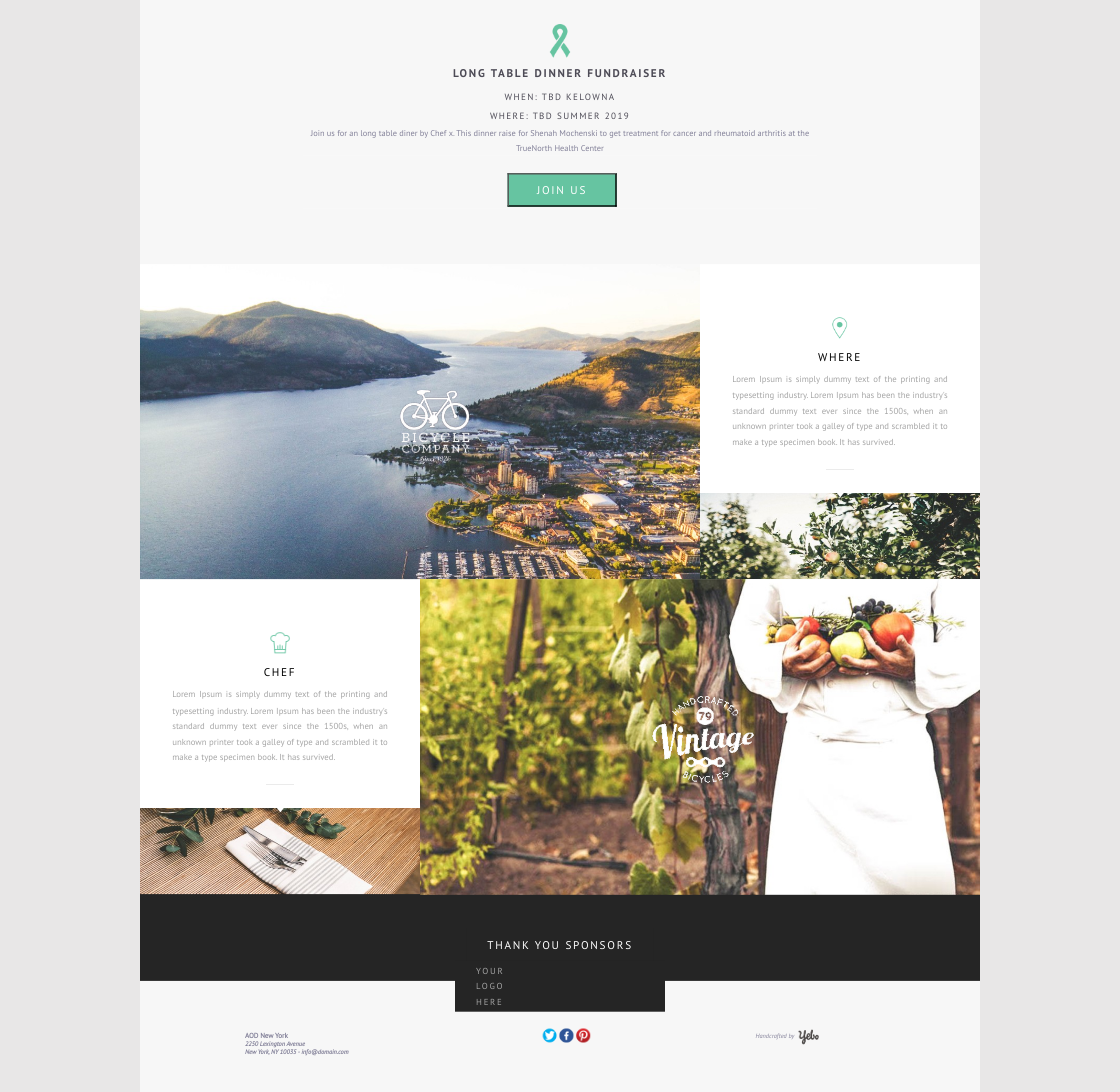
Repository: vancodes/longtable
Page: index.html
An editor plug-in stored every save of this project. The page is shown before and after the next save, followed by the edit.
The browser window is 1280 px wide. The page is 1600 px wide, so the pictures cover 1600 px, including what lies to the right of the window. The pictures show the part of the page from y = 796 to 2356 px (the page is 2356 px tall), at 70% of full size.

Above is the page before, as saved 2019-04-08 15:56:51.

### index.html
<!DOCTYPE html>
<html>

<head>
  <meta charset="utf-8">
  <link href="index.css" type="text/css" rel="stylesheet">
  <title>Long table</title>
</head>

<body>
  <div class="wrapper">
    <!--Intro Section-->
    <div class="topbar">
      <h1>
      <ul>
        <li><a href="#">About Us</a></li>
    	   <p>.</p>
        <li><a href="#">Info</a></li>
        <li><a href="#"><img src="assets\logo.png" alt="logo"></a></li>
        <li><a href="https://www.gofundme.com/breast-lung-and-melanoma-cancer">Donate</a></li>
    	   <p>.</p>
        <li><a href="#">Contact</a></li>
      </ul>
    </h1>
    </div>
    <div class="hero">
      <img src="assets/cover.jpg" alt="">
    </div>
    <!--Navigation Section-->
    <div class="main" align="center">
      <div class="first">
        <img src="assets\breast-cancer-icon.png" alt="bike chain">
        <h2>Long table dinner fundraiser</h2>
        <h4>When: TBD Kelowna</h4>
        <h4>Where: TBD Summer 2019</h4>
        <p>Join us for an long table diner by Chef x. This dinner raise for Shenah Mochenski to get treatment for cancer and rheumatoid arthritis at the TrueNorth Health Center</p>
        <div class="email-container">
            <button>Join us</button>
          </div>
      </div>
      <!--Image Section-->
      <div class="bike-images">
        <div class="first-container">
          <div class="first-left">
            <div id="bike-logo">
              <img src="assets/bike.png" alt="bike logo">
            </div>
            <div id="logo">
              <img src="assets/bicycle-company-logo.png" alt="company logo">
            </div>
            <div id="vintage-left">
              <img src="assets\bike-1.jpg" alt="bike handle">
            </div>
          </div>
          <div class="first-right">
            <div class="location">
              <img src="assets\location-icon.png" alt="frame icon">
            </div>
            <div id="vintage-text">
              <h3>WHERE</h3>
              <p>Lorem Ipsum is simply dummy text of the printing and typesetting industry. Lorem Ipsum has been the industry's standard dummy text ever since the 1500s, when an unknown printer took a galley of type and scrambled it to make a type specimen
                book. It has survived.</p>
            </div>
            <div class="divider-line"></div>
            <div id="first-vintage-seat">
              <img img src="assets\seat.jpg" alt="bike seat">
            </div>
            <div class="arrow-down"></div>
          </div>
        </div>
        <div class="second-container">
          <div class="second-left">
            <div class="chef">
              <img src="assets\chef-icon.png" alt="chef icon">
            </div>
            <div id="vintage-text">
              <h3>CHEF</h3>
              <p>Lorem Ipsum is simply dummy text of the printing and typesetting industry. Lorem Ipsum has been the industry's standard dummy text ever since the 1500s, when an unknown printer took a galley of type and scrambled it to make a type specimen
                book. It has survived.</p>
            </div>
            <div class="divider-line"></div>
            <div id="second-chef">
              <img src="assets\chef-2.jpg" alt="vintage bike seat">
            </div>
            <div class="arrow-down"></div>
          </div>
          <div class="second-right">
            <div id="vintage-logo">
              <img src="assets\vintage-logo.png" alt="vintage bike logo">
            </div>
            <div id="chef">
              <img src="assets\chef.jpg" alt="chef">
            </div>
          </div>
        </div>
        <!--<div class="retro-container">
          <div class="retro-left">
            <div id="retro-logo">
              <img src="assets/bicycle-logo.png" alt="Since 1962 logo">
            </div>
            <div id="retro-bike">
              <img src="assets\bike-rail.jpg" alt="bike rail">
            </div>
          </div>
          <div class="retro-middle">
            <div class="steering">
              <img src="assets\steering-icon.png" alt="steering icon">
            </div>
            <div id="vintage-text">
              <h3>Retro Bike - M. Hulot</h3>
              <p>Lorem Ipsum is simply dummy text of the printing and typesetting industry. Lorem Ipsum has been the industry's standard dummy text ever since the 1500s, when an unknown printer took a galley of type and scrambled it to make a type specimen
                book. It has survived.</p>
            </div>
            <div class="divider-line"></div>
            <div class="arrow-down"></div>
            <div id="retro-rail">
              <img src="assets\mavic.jpg" alt="vintage bike seat">
            </div>
          </div>
          <div class="retro-right">
            <div id="retro-bike-right">
              <img src="assets\bike-2.jpg" alt="retro bike">
            </div>
          </div>
        </div>
      </div>-->
      <!--Social Section-->
      <!--<div class="main" align="center">
        <div class="last">
          <img src="assets\twitter-icon.png" alt="Twitter icon"><br>
          <span>AOD New York @aod</span>
          <span class="twitter-time"> / 35 min</span >
            <p>Lorem ipsum dolor sit amet, consectetur adipiscing elit. Sed ut tellus ac nulla semper rhoncus. Nullam a odio porttitor, dictum turpis vitae, pretium ante amet.</p>
          </div>
      </div>-->
<!--slider-->
    <!--<div class="slider">
      <span class="dotfirst"></span>
          <span class="dot"></span>
          <span class="dot"></span>
        </div>-->
        <!--Photo Collage-->
        <!--
        <div class="bottom-container">
          <div class="bottom-left">
            <div id="image-one">
              <img src="assets\bottom-image-1.jpg" alt="">
            </div>
            <div id="image-one">
              <img src="assets\bottom-image-2.jpg" alt="">
            </div>
            <div id="brooks-seat">
              <img src="assets\brooks-seat.png" alt="">
            </div>
          </div>
          <div class="bottom-middle">
            <div id="image-three">
              <img src="assets\bottom-image-3.jpg" alt="">
            </div>
            <div id="image-three">
              <img src="assets\bottom-image-4.jpg" alt="">
            </div>
          </div>
          <div class="bottom-right">
            <div id="bottom-bike-logo">
              <img src="assets/bike.png" alt="bike logo">
            </div>
            <div class="bottom-text">
              <p>shop now</p>
            </div>
            <div id="image-five">
              <img src="assets\bottom-image-5.jpg" alt="">
            </div>
            <div id="image-five">
              <img src="assets\bottom-image-6.jpg" alt="">
            </div>
          </div>
        </div> -->
        <div class="discover-container">
          <div class="discover-text">
            <button>Thank You Sponsors</button>
          </div>
          <div class="sponsor-logo">
            <p>YOUR</p>
            <p>LOGO</p>
            <p>HERE</p>
          </div>
      </div>
        </div>
      </div>
      <div class="main" align="center">
        <div class="footer-container">
          <div class="footer-left">
            <span>AOD New York</span>
            <span class="footer-text">
      <p>2250 Lexington Avenue</p>
      <p>New York, NY 10035 - info@domain.com</p>
      </span >
      </div>
      <div class="footer-middle">
        <img src="assets\twitter.png" alt="twitter icon">
        <img src="assets\facebook.png" alt="facebook icon">
        <img src="assets\pinterest.png" alt="pinterest icon">
      </div>
      <div class="footer-right">
        <span class="footer-right-text">
          <p>Handcrafted by</p>
        </span>
            <img src="assets\yebo-logo.png" alt="yebo logo">
          </div>
        </div>
      </div>
      <!--end-->
    </div>
</body>
</html>

### index.css
/* http://meyerweb.com/eric/tools/css/reset/
   v2.0 | 20110126
   License: none (public domain)
*/

html, body, div, span, applet, object, iframe, h1, h2, h3, h4, h5, h6, p, blockquote, pre, a, abbr, acronym, address, big, cite, code, del, dfn, em, img, ins, kbd, q, s, samp, small, strike, strong, sub, sup, tt, var, b, u, i, center, dl, dt, dd, ol, ul, li, fieldset, form, label, legend, table, caption, tbody, tfoot, thead, tr, th, td, article, aside, canvas, details, embed, figure, figcaption, footer, header, hgroup, menu, nav, output, ruby, section, summary, time, mark, audio, video {
  margin: 0;
  padding: 0;
  border: 0;
  font-size: 100%;
  font: inherit;
  vertical-align: baseline;
}

/* HTML5 display-role reset for older browsers */

article, aside, details, figcaption, figure, footer, header, hgroup, menu, nav, section {
  display: block;
}

body {
  line-height: 1;
}

ol, ul {
  list-style: none;
}

blockquote, q {
  quotes: none;
}

blockquote:before, blockquote:after, q:before, q:after {
  content: '';
  content: none;
}

table {
  border-collapse: collapse;
  border-spacing: 0;
}

/*  fonts */

@font-face {
  font-family: PtSansWebBold;
  src: url(font/pt_sans-web-bold.ttf);
}

@font-face {
  font-family: PtSansWebBoldItalic;
  src: url(font/pt_sans-web-bolditalic.ttf);
}

@font-face {
  font-family: PtSansWebItalic;
  src: url(font/pt_sans-web-italic.ttf);
}

@font-face {
  font-family: PtSansWebRegular;
  src: url(font/pt_sans-web-regular.ttf);
}

body {
  font-family: PtSansWebRegular;
}

h1 {
  font-family: PtSansWebBold;
  font-size: 12px;
  text-transform: uppercase;
  letter-spacing: 2px;
}

h2 {
  font-family: PtSansWebBold;
  letter-spacing: 2.5px;
  text-transform: uppercase;
  text-align: center;
  line-height: 2.5em;
}

h3 {
  font-family: PtSansWebBold;
  letter-spacing: 2.5px;
  text-transform: uppercase;
  text-align: center;
  font-size: 12px;
  line-height: 2.5em;
}

h3 {
  font-family: PtSansWebRegular;
  letter-spacing: 2.5px;
  text-transform: uppercase;
  text-align: center;
  line-height: 2.5em;
  font-size: 16px;
}

h4 {
  font-family: PtSansWebRegular;
  font-size: 13px;
  text-transform: uppercase;
  letter-spacing: 2px;
  line-height: 2.1em;
}


p {
  font-family: PtSansWebRegular;
  font-size: 12px;
  color: #838199;
  text-align: center;
  line-height: 1.8em;
}

.bike-images p {
  font-family: PtSansWebRegular;
  font-size: 12.5px;
  color: #a5a5a5;
  text-align: justify;
  line-height: 1.8em;
}

.last span {
  font-family: PtSansWebBold;
  display: inline;
  font-size: 12px;
  text-align: center;
  line-height: 2.8em;
  letter-spacing: 1.5px;
}

.last .twitter-time {
  font-family: PtSansWebRegular;
  font-size: 12px;
  text-align: center;
  letter-spacing: 1.5px;
  color: #b2b1bd;
  padding-left: 6px;
}

.last p {
  font-family: PtSansWebItalic;
  font-size: 14px;
  color: #838199;
  text-align: center;
  line-height: 1.8em;
  padding: 0 55px;
}

.bottom-text p {
  font-family: PtSansWebRegular;
  letter-spacing: 2.5px;
  text-transform: uppercase;
  text-align: center;
  line-height: 2.5em;
  font-size: 12px;
  color: #fff;
}

.saddle-text p {
  font-family: PtSansWebItalic;
  font-size: 16px;
  text-align: center;
  letter-spacing: 0.5px;
  color: #838199;
  padding-left: 6px;
  margin-bottom: 20px;
}

/*  wrapper */

.wrapper {
  padding: 0 200px;
  width: 1200px;
  margin: 0 auto;
  background-color: #e8e7e7;
}

/* intro section */

.hero img {
  width: 100%;
}

.topbar {
  position: absolute;
  padding: 0px 317px;
  margin-top: 23px;
}

.topbar ul {
  width: 590px;
  margin: 0 auto;
}

.topbar li {
  display: inline-block;
  padding: 0 20px;
  float: left;
  position: relative;
  top: 52px;
  transform: translateY(-50%);
}

.topbar li a {
  text-decoration: none;
  color: #4D4B56;
}

.topbar li a img {
  width: 75px;
}

.hero img {
  vertical-align: bottom;
  width: 100%;
  padding-top: 150px;
  background-color: #F7F7F7
}

.topbar li a:hover {
  text-decoration: none;
  color: #ff000069;
}

.topbar p {
  padding: 0 20px;
  float: left;
  position: relative;
  top: 52px;
  transform: translateY(-50%);
  font-family: PtSansWebBold;
}

/* navigation section */

.main {
  background-color: #F7F7F7
}

.first {
  color: #4D4B56;
  padding: 80px 150px 80px 150px;
  max-width: 736px;
}

.first img {
  padding: 0px 46px;
}

/* bike images */

img {
  padding: 0;
  margin: 0;
}

.bike-images {
  background-color: #FFFF;
  position: relative;
}

.first-container {
  vertical-align: bottom;
  display: table;
}

.first-left {
  width: 800px;
  display: table-cell;
  vertical-align: bottom;
}

.first-right {
  display: table-cell;
  vertical-align: bottom;
  width: 400px;
}

#first-vintage-seat img {
  width: 400px;
  height: 123px;
  float: left;
}

#bike-logo img {
  width: 100px;
  position: absolute;
  margin-top: 179px;
  transform: translatex(-29%);
}

#logo img {
  width: 100px;
  position: absolute;
  margin-top: 240px;
  transform: translateX(-26%);
}

#vintage-left img {
  float: left;
  margin: auto;
  width: 800px;
}

.location img {
  width: 30px;
  margin-bottom: 5px;
}

#vintage-text {
  height: 162px;
  margin-bottom: 18px;
  overflow: hidden;
}

#vintage-text p {
  padding: 0px 46px;
}

.divider-line {
  height: 1px;
  background-color: #e2e2e2;
  margin: 0px 180px 33px;
}

.arrow-down {
  width: 0px;
  height: 0px;
  border-left: 5px solid transparent;
  border-right: 5px solid transparent;
  border-top: 6px solid #FFFF;
  position: absolute;
  transform: translateX(1955%);
}

.second-container {
  vertical-align: bottom;
  display: table;
}

#second-chef img {
  width: 400px;
  height: 123px;
  float: left;
  margin-bottom: -1.6px;
}

.second-left {
  width: 333px;
  display: table-cell;
  vertical-align: bottom;
}

.chef img {
  width: 30px;
  margin-bottom: 5px;
}

#chef img {
  float: right;
  width: 800px;
  vertical-align: bottom;
  margin-bottom: -2px;
}

.second-right {
  display: table-cell;
  vertical-align: bottom;
  width: 656px;
}

#vintage-logo img {
  width: 145px;
  position: absolute;
  margin-top: 167px;
  transform: translateX(-47%);
}

.retro-container {
  vertical-align: bottom;
  display: table;
}

.retro-left {
  display: table-cell;
  vertical-align: bottom;
  width: 333px;
}

.retro-middle {
  width: 400px;
  display: table-cell;
  vertical-align: bottom;
}

.retro-right {
  display: table-cell;
  vertical-align: bottom;
  width: 400px;
}

#retro-logo img {
  width: 160px;
  position: absolute;
  margin-top: 197px;
  transform: translateX(-50%);
}

#retro-bike img {
  float: right;
  width: 400px;
  vertical-align: bottom;
}

#retro-bike-right img {
  float: right;
  width: 400px;
  vertical-align: bottom;
}

.steering img {
  height: 30px;
  margin-bottom: 5px;
}

#retro-rail img {
  width: 400px;
  height: 123px;
  vertical-align: bottom;
}

.bottom-container {
  vertical-align: bottom;
  display: table;
  margin-top: 14px;
}

.bottom-left {
  display: table-cell;
  vertical-align: bottom;
  width: 400px;
}

.bottom-middle {
  display: table-cell;
  vertical-align: bottom;
  width: 400px;
}

.bottom-right {
  display: table-cell;
  vertical-align: bottom;
  width: 400px;
}

#image-one img {
  float: left;
  width: 200px;
  vertical-align: bottom;
  max-height: 199px;
}

#brooks-seat img {
  float: left;
  width: 400px;
  vertical-align: bottom;
}

#image-three img {
  float: left;
  width: 200px;
  vertical-align: bottom;
}

#image-five img {
  float: left;
  width: 400px;
  vertical-align: bottom;
  margin-top: -1px;
}

#bottom-bike-logo img {
  width: 50px;
  position: absolute;
  margin-top: 79px;
  transform: translatex(-57%);
}

.bottom-text {
  position: absolute;
  padding: 0px -4px;
  margin-top: 108px;
  width: 400px;
}

/* twitter-last section */

.last {
  padding: 80px 150px 50px 150px;
  max-width: 736px;
}

.last img {
  width: 25px;
  padding-bottom: 15px;
}

.noBorder {
  border: 0;
}

/* slider */

.dotfirst {
  width: 0.50rem;
  height: 0.50rem;
  background-color: #ADB2B6;
  border-radius: 50%;
  display: inline-block;
}

.dot {
  width: 0.40rem;
  height: 0.40rem;
  border-radius: #ADB2B6;
  background-color: #FFF;
  border-radius: 50%;
  border: 1px solid #ADB2B6;
  display: inline-block;
  -moz-border-radius: 50%;
  -webkit-border-radius: 50
}

.slider {
  color: #4D4B56;
  padding: 0px 0px 30px 0px;
  max-width: 736px;
}

/* last section */

.discover-container {
  background-color: #252525;
  height: 75px;
  padding-top: 50px;
}

.discover-text button {
  border: none;
  padding: 3px 30px;
  margin: 0 450px;
  font-family: PtSansWebRegular;
  letter-spacing: 2.5px;
  text-transform: uppercase;
  text-align: center;
  line-height: 2.5em;
  font-size: 16px;
  color: #fff;
  background-color: #252525;
}

.sponsor-logo {
  border: none;
  padding: 3px 30px;
  margin: 0 450px;
  font-family: PtSansWebRegular;
  letter-spacing: 2.5px;
  text-transform: uppercase;
  text-align: center;
  line-height: 2.5em;
  font-size: 16px;
  color: #fff;
  background-color: #252525;
}

.discover-text button {
  border: none;
  padding: 3px 30px;
  margin: 0 450px;
  font-family: PtSansWebRegular;
  letter-spacing: 2.5px;
  text-transform: uppercase;
  text-align: center;
  line-height: 2.5em;
  font-size: 16px;
  color: #fff;
  background-color: #252525;
}

.email-container {
  background-color: #f7f7f7;
  padding: 25px 150px 50px 0px;
}

.email-container img {
  width: 65px;
  padding: 10px 420px;
}

input {
  border: 1px solid #e8e7e7;
  padding: 5px 30px;
  margin: 3px 255px;
  position: absolute;
  padding: 9px 109px 9px 20px;
  font-family: PtSansWebItalic;
  font-size: 14px;
  color: #e8e7e7;
  text-align: center;
  line-height: 1.8em;
  text-align: left;
}

.email-container button {
  margin: 0px;
  position: absolute;
  background-color: #66c4a1;
  padding: 2px 40px;
  font-family: PtSansWebRegular;
  letter-spacing: 2.5px;
  text-transform: uppercase;
  text-align: center;
  line-height: 2.5em;
  font-size: 16px;
  color: #fff;
}

.email-container button:hover {
  background-color: #fff;
  color: #66c4a1;
  box-shadow: none;
  transform: none;
  transition: 0.1s ease-in-out;
}

.footer-container {
  background-color: #f7f7f7;
  padding: 50px 150px;
  display: table
}

.footer-left {
  display: table-cell;
  width: 400px;
  text-align: left;
}

.footer-left span {
  font-size: 10px;
  color: #838199;
  font-weight: bold;
}

.footer-text p {
  font-family: PtSansWebItalic;
  font-size: 9px;
  color: #838199;
  line-height: 1.4em;
  text-align: left;
}

.footer-middle {
  display: table-cell;
  width: 400px;
  transform: translateX(33%);
  vertical-align: middle;
}

.footer-middle img {
  width: 20px;
}

.footer-right {
  width: 400px;
}

.footer-right-text p {
  font-family: PtSansWebItalic;
  font-size: 9px;
  color: #838199;
  line-height: 1.4em;
  margin-top: 23px;
  width: 60px;
  transform: translateX(95%);
}

.footer-right img {
  width: 30px;
  transform: translateX(300%);
  padding-top: 0px;
  margin-top: -16px;
  position: absolute;
}

After the next save:
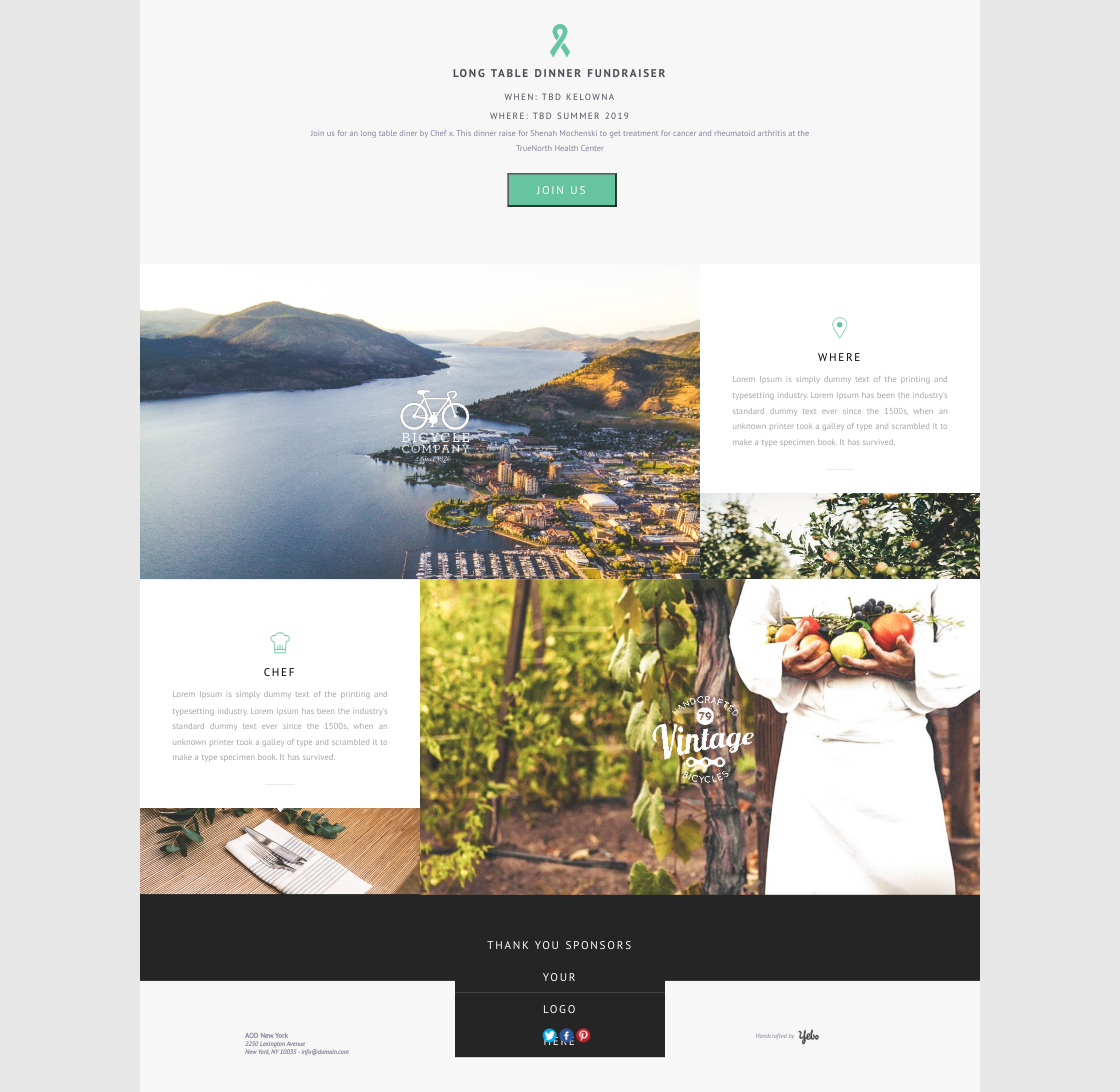
Saved 84 s later.
--- a/index.css
+++ b/index.css
@@ -564,7 +564,7 @@ img {
   background-color: #252525;
 }
 
-.sponsor-logo {
+.sponsor-logo p{
   border: none;
   padding: 3px 30px;
   margin: 0 450px;
